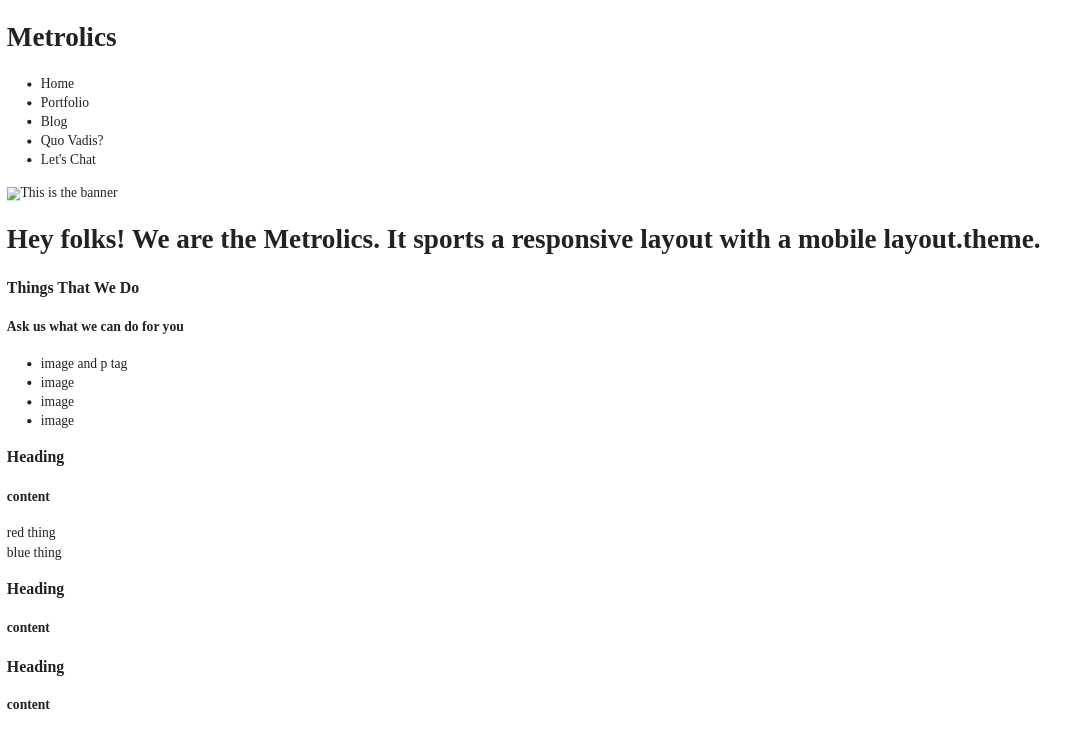
Repository: shxxw88/lab02
Page: index.html
These files come from the project's save history. The page is drawn as it stood at one moment and after the next save; the edit follows.
The browser window is 1280 px wide. The pictures show the whole page, at 85% of full size.

Above is the page before, as saved 2025-01-21 12:18:24.

### index.html
<!doctype html>
<html class="no-js" lang="">

<head>
  <meta charset="utf-8">
  <meta name="viewport" content="width=device-width, initial-scale=1">
  <title></title>
  <link rel="stylesheet" href="css/style.css">
  <meta name="description" content="">

  <meta property="og:title" content="">
  <meta property="og:type" content="">
  <meta property="og:url" content="">
  <meta property="og:image" content="">
  <meta property="og:image:alt" content="">

  <link rel="icon" href="/favicon.ico" sizes="any">
  <link rel="icon" href="/icon.svg" type="image/svg+xml">
  <link rel="apple-touch-icon" href="icon.png">

  <link rel="manifest" href="site.webmanifest">
  <meta name="theme-color" content="#fafafa">
</head>

<body>

  <!-- Add your site or application content here -->
  <script src="js/app.js"></script>
  <!DOCTYPE html>
<html lang="en">
<head>
    <meta charset="UTF-8">
    <meta name="viewport" content="width=device-width, initial-scale=1.0">
    <title>Metrolics</title>
</head>
<body>
    <header>
        <h1>Metrolics</h1>
        <nav>
            <ul>
                <li>Home </li>
                <li>Portfolio </li>
                <li>Blog </li>
                <li>Quo Vadis? </li>
                <li>Let's Chat </li>
            </ul>
        </nav>
    </header>
    <div id="banner"> <img src="/" >This is the banner
    </div>
    <h1>Hey folks! We are the Metrolics. It sports a responsive layout with a mobile layout.theme.</h1>
    <section>
        <h3>Things That We Do</h3>
        <h4>Ask us what we can do for you</h4>
        <div id="">
            <ul>
                <li> image and p tag </li>
                <li>image </li>
                <li>image </li>
                <li>image </li>
            </ul>
        </div>
    </section>
    <section>
        <h3>Heading</h3>
        <h4>content</h4>
        <div>
            <article>
                <div>red thing</div>
                <div>blue thing</div>
            </article>
        </div>
    </section>
    <section>
        <h3>Heading</h3>
        <h4>content</h4>
    </section>
    <section>
        <h3>Heading</h3>
        <h4>content</h4>
    </section>
</body>
</html>

</body>

</html>

### css/style.css
/*! HTML5 Boilerplate v9.0.1 | MIT License | https://html5boilerplate.com/ */

/* main.css 3.0.0 | MIT License | https://github.com/h5bp/main.css#readme */
/*
 * What follows is the result of much research on cross-browser styling.
 * Credit left inline and big thanks to Nicolas Gallagher, Jonathan Neal,
 * Kroc Camen, and the H5BP dev community and team.
 */

/* ==========================================================================
   Base styles: opinionated defaults
   ========================================================================== */

html {
  color: #222;
  font-size: 1em;
  line-height: 1.4;
}

/*
 * Remove text-shadow in selection highlight:
 * https://twitter.com/miketaylr/status/12228805301
 *
 * Customize the background color to match your design.
 */

::-moz-selection {
  background: #b3d4fc;
  text-shadow: none;
}

::selection {
  background: #b3d4fc;
  text-shadow: none;
}

/*
 * A better looking default horizontal rule
 */

hr {
  display: block;
  height: 1px;
  border: 0;
  border-top: 1px solid #ccc;
  margin: 1em 0;
  padding: 0;
}

/*
 * Remove the gap between audio, canvas, iframes,
 * images, videos and the bottom of their containers:
 * https://github.com/h5bp/html5-boilerplate/issues/440
 */

audio,
canvas,
iframe,
img,
svg,
video {
  vertical-align: middle;
}

/*
 * Remove default fieldset styles.
 */

fieldset {
  border: 0;
  margin: 0;
  padding: 0;
}

/*
 * Allow only vertical resizing of textareas.
 */

textarea {
  resize: vertical;
}

/* ==========================================================================
   Author's custom styles
   ========================================================================== */

/* ==========================================================================
   Helper classes
   ========================================================================== */

/*
 * Hide visually and from screen readers
 */

.hidden,
[hidden] {
  display: none !important;
}

/*
 * Hide only visually, but have it available for screen readers:
 * https://snook.ca/archives/html_and_css/hiding-content-for-accessibility
 *
 * 1. For long content, line feeds are not interpreted as spaces and small width
 *    causes content to wrap 1 word per line:
 *    https://medium.com/@jessebeach/beware-smushed-off-screen-accessible-text-5952a4c2cbfe
 */

.visually-hidden {
  border: 0;
  clip: rect(0, 0, 0, 0);
  height: 1px;
  margin: -1px;
  overflow: hidden;
  padding: 0;
  position: absolute;
  white-space: nowrap;
  width: 1px;
  /* 1 */
}

/*
 * Extends the .visually-hidden class to allow the element
 * to be focusable when navigated to via the keyboard:
 * https://www.drupal.org/node/897638
 */

.visually-hidden.focusable:active,
.visually-hidden.focusable:focus {
  clip: auto;
  height: auto;
  margin: 0;
  overflow: visible;
  position: static;
  white-space: inherit;
  width: auto;
}

/*
 * Hide visually and from screen readers, but maintain layout
 */

.invisible {
  visibility: hidden;
}

/*
 * Clearfix: contain floats
 *
 * The use of `table` rather than `block` is only necessary if using
 * `::before` to contain the top-margins of child elements.
 */

.clearfix::before,
.clearfix::after {
  content: "";
  display: table;
}

.clearfix::after {
  clear: both;
}

/* ==========================================================================
   EXAMPLE Media Queries for Responsive Design.
   These examples override the primary ('mobile first') styles.
   Modify as content requires.
   ========================================================================== */

@media only screen and (min-width: 35em) {
  /* Style adjustments for viewports that meet the condition */
}

@media print,
  (-webkit-min-device-pixel-ratio: 1.25),
  (min-resolution: 1.25dppx),
  (min-resolution: 120dpi) {
  /* Style adjustments for high resolution devices */
}

/* ==========================================================================
   Print styles.
   Inlined to avoid the additional HTTP request:
   https://www.phpied.com/delay-loading-your-print-css/
   ========================================================================== */

@media print {
  *,
  *::before,
  *::after {
    background: #fff !important;
    color: #000 !important;
    /* Black prints faster */
    box-shadow: none !important;
    text-shadow: none !important;
  }

  a,
  a:visited {
    text-decoration: underline;
  }

  a[href]::after {
    content: " (" attr(href) ")";
  }

  abbr[title]::after {
    content: " (" attr(title) ")";
  }

  /*
   * Don't show links that are fragment identifiers,
   * or use the `javascript:` pseudo protocol
   */
  a[href^="#"]::after,
  a[href^="javascript:"]::after {
    content: "";
  }

  pre {
    white-space: pre-wrap !important;
  }

  pre,
  blockquote {
    border: 1px solid #999;
    page-break-inside: avoid;
  }

  tr,
  img {
    page-break-inside: avoid;
  }

  p,
  h2,
  h3 {
    orphans: 3;
    widows: 3;
  }

  h2,
  h3 {
    page-break-after: avoid;
  }
}

Loaded but not shown: js/app.js (no stored copy; drawn as an empty file)

After the next save:
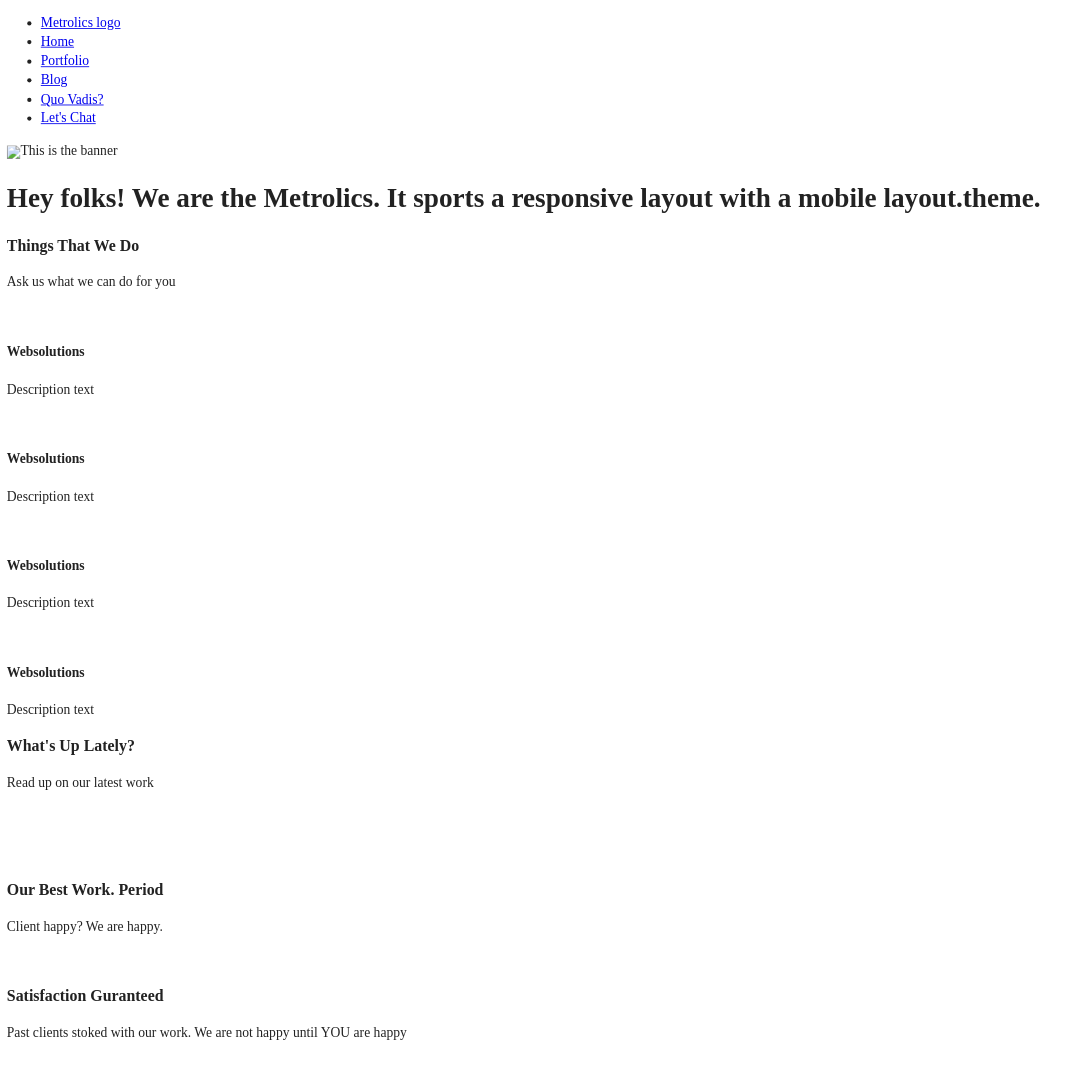
Saved 30 h 48 min later.
--- a/index.html
+++ b/index.html
@@ -35,51 +35,79 @@
 </head>
 <body>
     <header>
-        <h1>Metrolics</h1>
         <nav>
             <ul>
-                <li>Home </li>
-                <li>Portfolio </li>
-                <li>Blog </li>
-                <li>Quo Vadis? </li>
-                <li>Let's Chat </li>
-            </ul>
+                <li><a href="/">Metrolics logo</a></li>
+                <li><a href="/">Home</a></li>
+                <li><a href="/">Portfolio</a></li>
+                <li><a href="/">Blog</a></li>
+                <li><a href="/">Quo Vadis?</a></li>
+                <li><a href="/">Let's Chat</a></li>
+             </ul>
         </nav>
     </header>
-    <div id="banner"> <img src="/" >This is the banner
-    </div>
+    <div class="banner"> <img src="/" >This is the banner  </div>
     <h1>Hey folks! We are the Metrolics. It sports a responsive layout with a mobile layout.theme.</h1>
-    <section>
+    <section class="websolutions">
         <h3>Things That We Do</h3>
-        <h4>Ask us what we can do for you</h4>
-        <div id="">
-            <ul>
-                <li> image and p tag </li>
-                <li>image </li>
-                <li>image </li>
-                <li>image </li>
-            </ul>
+        <p>Ask us what we can do for you</p>
+        <div class="websolutions_container">
+            <img src="">
+            <h4>Websolutions</h4>
+            <p>Description text</p>
+        </div>
+        <div class="websolutions_container">
+            <img src="">
+            <h4>Websolutions</h4>
+            <p>Description text</p>
+        </div>
+        <div class="websolutions_container">
+            <img src="">
+            <h4>Websolutions</h4>
+            <p>Description text</p>
+        </div>
+        <div class="websolutions_container">
+            <img src="">
+            <h4>Websolutions</h4>
+            <p>Description text</p>
         </div>
     </section>
-    <section>
-        <h3>Heading</h3>
-        <h4>content</h4>
-        <div>
-            <article>
-                <div>red thing</div>
-                <div>blue thing</div>
-            </article>
+    <section class="blog">
+        <h3>What's Up Lately?</h3>
+        <p>Read up on our latest work</p>
+        <div class="blog_container">
+            <article class="blog_item"> <img src=""></article>
+            <article class="blog_item"> <img src=""></article>
+            <article class="blog_item"> <img src=""></article>
         </div>
     </section>
-    <section>
-        <h3>Heading</h3>
-        <h4>content</h4>
+    <section class="bestwork">
+        <h3>Our Best Work. Period</h3>
+        <p>Client happy? We are happy.</p>
+        <div class="images">
+            <img src="">
+            <img src="">
+            <img src="">
+            <img src="">
+            <img src="">
+            <img src="">
+        </div>
     </section>
-    <section>
-        <h3>Heading</h3>
-        <h4>content</h4>
+    <section class="satisfaction">
+        <h3>Satisfaction Guranteed</h3>
+        <p>Past clients stoked with our work. We are not happy until YOU are happy</p>
+        <div class="logos">
+            <img src="">
+            <img src="">
+            <img src="">
+            <img src="">
+            <img src="">
+        </div>
     </section>
 </body>
+<footer>
+
+</footer>
 </html>
 
 </body>
